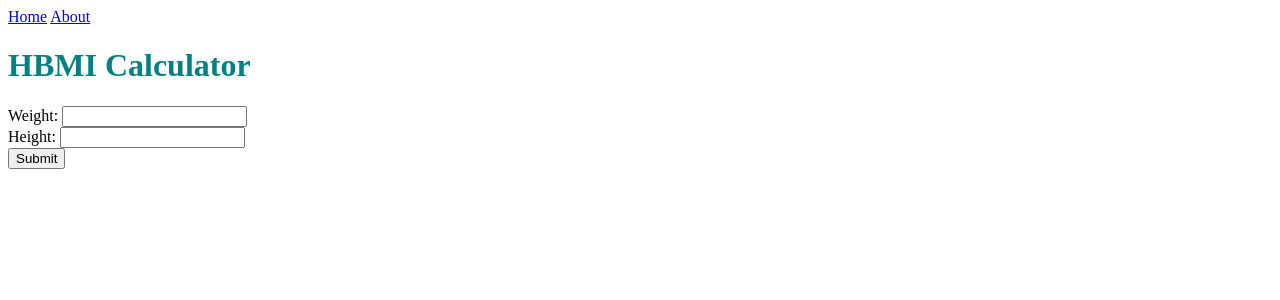
Repository: diyanah08/python-flask-example
Page: http://localhost/
The author's editor kept a record of every edit. The page is drawn from the files as they stood at one moment, then again after the next edit.
The browser window is 1280 px wide. The pictures show the whole page.
The page is served by the project's application, run on Flask 3 (flask-bmi/app.py).

Above is the page before.

### flask-bmi/templates/index.template.html
<!DOCTYPE html>
<html lang="en">

<head>
    <meta charset="UTF-8">
    <meta name="viewport" content="width=device-width, initial-scale=1.0">
    <meta http-equiv="X-UA-Compatible" content="ie=edge">
    <link rel="stylesheet" href="static/style.css" type="text/css" />
    <title>Document</title>
</head>

<body>
    <a href="/">Home</a> <a href="/about">About</a>
    <h1>HBMI Calculator</h1>
    <form method="POST">
        <label>Weight: </label><input type="text" name=“ weight”><br>
        <label>Height: </label><input type="text" name=“ height”><br>
        <input type="submit" name=“ calculate”><br>
    </form>
</body>

</html>

### flask-bmi/app.py
from flask import Flask, render_template, request, redirect, url_for
import os

app = Flask(__name__)

@app.route('/')
def hello():
    name = "Diyanah"
    return render_template('index.template.html', first_name = name)

@app.route('/', methods = ["POST"])
def calculate_bmi():
    weigth = request.form['weight']
    height = request.form['height']
    return render_template('about.template.html')

# "magic code" -- boilerplate
if __name__ == '__main__':
    app.run(host=os.environ.get('IP'),
            port=int(os.environ.get('PORT')),
            debug=True)

### flask-bmi/static/style.css
h1 {
    color: teal;
}

#test {
    height: 100px;
    width: 100px;
}

After the next edit:
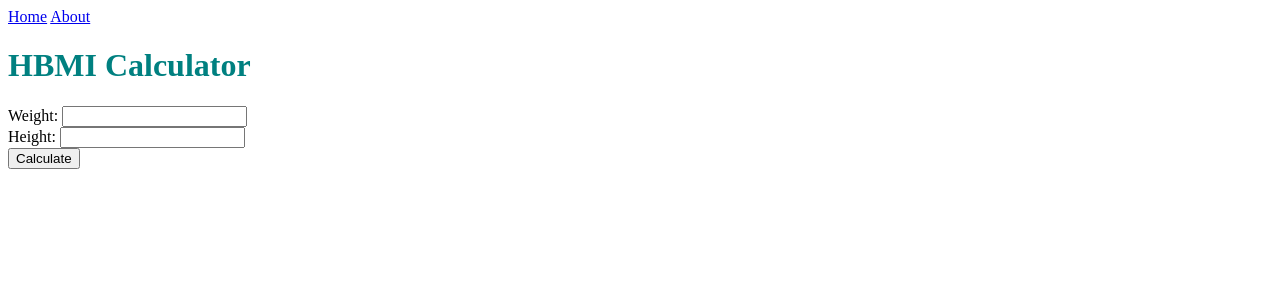
The edit:
--- a/flask-bmi/templates/index.template.html
+++ b/flask-bmi/templates/index.template.html
@@ -13,9 +13,9 @@
     <a href="/">Home</a> <a href="/about">About</a>
     <h1>HBMI Calculator</h1>
     <form method="POST">
-        <label>Weight: </label><input type="text" name=“ weight”><br>
-        <label>Height: </label><input type="text" name=“ height”><br>
-        <input type="submit" name=“ calculate”><br>
+        <label>Weight: </label><input type="text" name= "weight"><br>
+        <label>Height: </label><input type="text" name= "height"><br>
+        <input type="submit" value="Calculate"><br>
     </form>
 </body>
 
